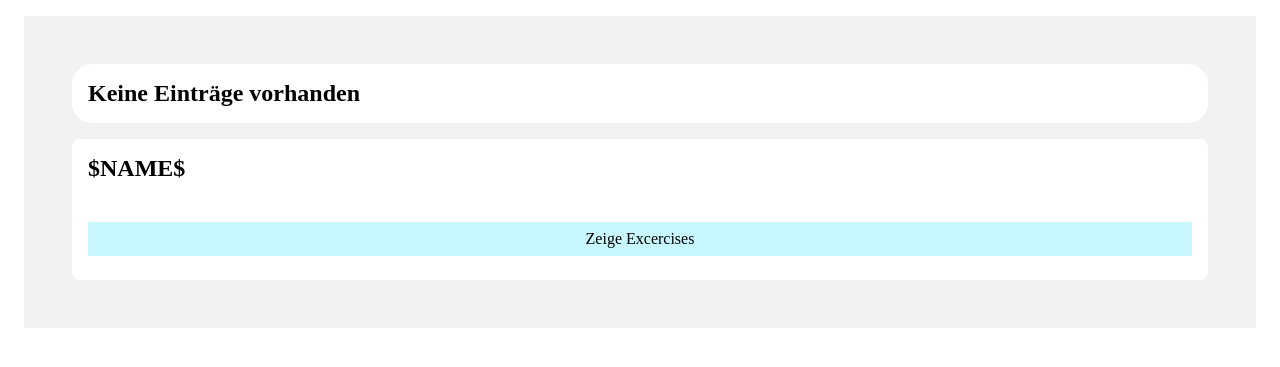
Repository: KIThubber/Fitnesstagebuch
Page: Frontend/src/page-workoutexercises/page-workoutexercises.html
The author's editor kept a copy of each file at every save. The page is drawn from the files as they stood at one save, then again after the next save.
The browser window is 1280 px wide. The pictures show the whole page.

Above is the page before, as saved 2022-05-08 18:28:44.

After the next save:
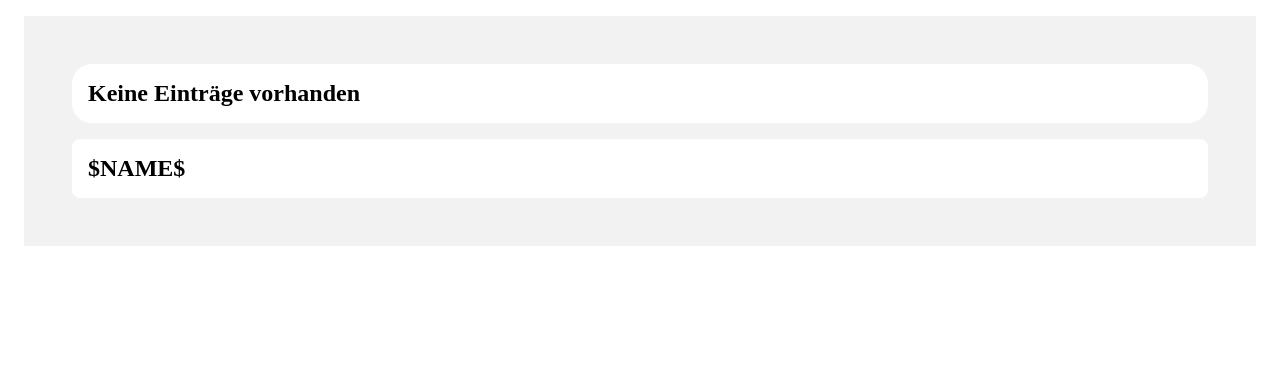
Saved 67 s later.
--- a/Frontend/src/page-workoutexercises/page-workoutexercises.html
+++ b/Frontend/src/page-workoutexercises/page-workoutexercises.html
@@ -149,11 +149,7 @@
                                     $NAME$
 
                                 </div>
-                                <div class="actions">
-                                    <div class="action showExcercises">
-                                        <a>Zeige Excercises</a>
-                                    </div>
-                                </div>
+
                             </li>
                         </div>
                 </section>
